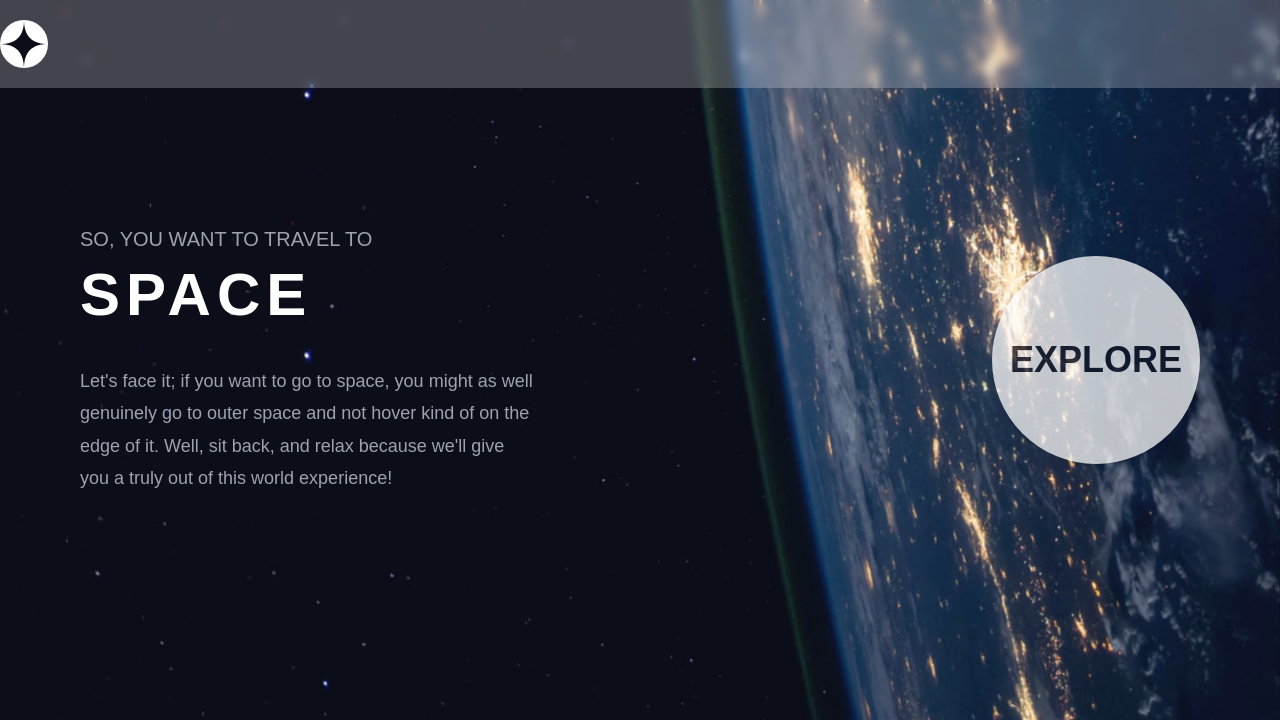
Repository: OmniaRafat232111121/Space-Toursim
Page: /
These files come from the project's save history. The page is drawn as it stood at one moment and after a run of saves; the edit follows.
The browser window is 1280 px wide. The pictures show the whole page.
Some web fonts or font styles are not loaded; a fallback is used. The project was rebuilt for these pictures with package versions that can differ from the ones it lists, and the page was loaded fresh each time. Also part of the build but not shown: src/components/Destination.js, src/components/Crew.js, src/components/Technology.js, src/components/Error.js.

Above is the page before, as saved 2022-08-09 15:07:13.

### public/index.html
<!DOCTYPE html>
<html lang="en">
  <head>
    <meta charset="utf-8" />
    <link rel="icon" href="%PUBLIC_URL%/favicon-32x32.png" />
    <meta name="viewport" content="width=device-width, initial-scale=1" />
    <meta name="theme-color" content="#111827" />
    <meta name="description" content="Space Toursim Multi Page Website" />
    <link rel="apple-touch-icon" href="%PUBLIC_URL%/logo192.png" />
    <!--
      manifest.json provides metadata used when your web app is installed on a
      user's mobile device or desktop. See https://developers.google.com/web/fundamentals/web-app-manifest/
    -->
    <link rel="manifest" href="%PUBLIC_URL%/manifest.json" />
    <!--
      Notice the use of %PUBLIC_URL% in the tags above.
      It will be replaced with the URL of the `public` folder during the build.
      Only files inside the `public` folder can be referenced from the HTML.

      Unlike "/favicon.ico" or "favicon.ico", "%PUBLIC_URL%/favicon.ico" will
      work correctly both with client-side routing and a non-root public URL.
      Learn how to configure a non-root public URL by running `npm run build`.
    -->
    <link
      rel="stylesheet"
      href="https://cdnjs.cloudflare.com/ajax/libs/tailwindcss/2.2.17/tailwind.min.css"
      referrerpolicy="no-referrer"
    />
    <link rel="preconnect" href="https://fonts.googleapis.com" />
    <link rel="preconnect" href="https://fonts.gstatic.com" crossorigin />
    <link
      href="https://fonts.googleapis.com/css2?family=Mohave:wght@400&family=Zen+Antique&display=swap"
      rel="stylesheet"
    />
    <title>Space Tourism Multi Page Website</title>
  </head>
  <body>
    <noscript>You need to enable JavaScript to run this app.</noscript>
    <div id="root"></div>
    <!--
      This HTML file is a template.
      If you open it directly in the browser, you will see an empty page.

      You can add webfonts, meta tags, or analytics to this file.
      The build step will place the bundled scripts into the <body> tag.

      To begin the development, run `npm start` or `yarn start`.
      To create a production bundle, use `npm run build` or `yarn build`.
    -->
  </body>
</html>

### src/index.css
body {
  margin: 0;
  font-family: "Mohave", sans-serif;
  -webkit-font-smoothing: antialiased;
  -moz-osx-font-smoothing: grayscale;
}

h1,
h2 {
  font-family: "Zen Antique", sans-serif;
}

a {
  text-decoration: none;
}

img {
  max-width: 100%;
}

button,
img {
  user-select: none;
}

p {
  line-height: 1.8;
}

.gray {
  color: #7e7e7e;
}

.white {
  color: #ffffff;
}

.header {
  position: absolute;
  width: 100%;
  background-color: rgba(255, 255, 255, 0.233);
  backdrop-filter: blur(5px);
  --webkit-backdrop-fiter: blur(5px);
}

.header nav {
  display: none;
}

.header nav.open {
  display: block;
}

.header nav ul {
  display: flex;
  flex-direction: column;
  align-items: center;
  justify-content: center;
  background-color: #111827;
  backdrop-filter: blur(10px);
  --webkit-backdrop-filter: blur(10px);
  width: calc(100vw - 50px);
  position: absolute;
  left: 50%;
  top: 100px;
  transform: translateX(-50%);
  z-index: 999;
}

.header nav ul li {
  margin: 10px 0;
}

.menu {
  display: block;
}

@media (min-width: 768px) {
  .menu {
    display: none;
  }

  .header nav {
    display: block;
  }

  .header nav ul {
    flex-direction: row;
    background-color: transparent;
    backdrop-filter: blur(0);
    --webkit-backdrop-filter: blur(0);
    position: relative;
    top: 0;
    right: 0;
    width: auto;
  }

  .header nav ul li {
    margin: 0 10px;
  }
}

.home {
  background: url("./starter-code/assets/home/background-home-mobile.jpg")
    no-repeat center/cover;
  height: calc(100vh - 1px);
}

.home .overlay {
  display: flex;
  flex-direction: column;
  align-items: center;
  justify-content: center;
  height: calc(100vh - 1px);
}

.destinations {
  background: url("./starter-code/assets/destination/background-destination-mobile.jpg")
    no-repeat center/cover;
  height: auto;
}

.crew {
  background: url("./starter-code/assets/crew/background-crew-mobile.jpg")
    no-repeat center/cover;
  height: auto;
}

.technology {
  background: url("./starter-code/assets/technology/background-technology-mobile.jpg")
    no-repeat center/cover;
  height: auto;
}

@media (min-width: 768px) {
  .home {
    background: url("./starter-code/assets/home/background-home-tablet.jpg")
      no-repeat center/cover;
    height: calc(100vh - 1px);
  }

  .home .overlay {
    flex-direction: row;
  }

  .destinations {
    background: url("./starter-code/assets/destination/background-destination-tablet.jpg")
      no-repeat center/cover;
  }

  .crew {
    background: url("./starter-code/assets/crew/background-crew-tablet.jpg")
      no-repeat center/cover;
  }

  .technology {
    background: url("./starter-code/assets/technology/background-technology-tablet.jpg")
      no-repeat center/cover;
  }

  @media (min-width: 1280px) {
    p {
      font-size: 18px;
    }

    .home {
      background: url("./starter-code/assets/home/background-home-desktop.jpg")
        no-repeat center/cover;
      height: 100vh;
    }

    .home .overlay {
      max-width: 1200px;
      margin: auto;
    }

    .destinations {
      background: url("./starter-code/assets/destination/background-destination-desktop.jpg")
        no-repeat center/cover;
    }

    .crew {
      background: url("./starter-code/assets/crew/background-crew-desktop.jpg")
        no-repeat center/cover;
    }

    .technology {
      background: url("./starter-code/assets/technology/background-technology-desktop.jpg")
        no-repeat center/cover;
    }
  }
}

### src/App.js
import { BrowserRouter as Router, Route, Switch } from "react-router-dom"
import {
  Header,
  Home,
  Destination,
  Crew,
  Technology,
  Error,
} from "./components"

function App() {
  return (
    <Router>
      <main>
        <Header />

        <Switch>
          <Route path="/" exact>
            <Home />
          </Route>
          <Route path="/destination">
            <Destination />
          </Route>
          <Route path="/crew">
            <Crew />
          </Route>
          <Route path="/technology">
            <Technology />
          </Route>
          <Route path="*">
            <Error />
          </Route>
        </Switch>
      </main>
    </Router>
  )
}

export default App

### src/components/index.js
import Header from "./Header"
import Home from "./Home"
import Destination from "./Destination"
import Crew from "./Crew"
import Technology from "./Technology"
import Error from "./Error"

export { Header, Home, Destination, Crew, Technology, Error }

### src/components/Header.js
import React from 'react'
import { NavLink } from "react-router-dom"
import logo from "../starter-code/assets/shared/logo.svg"
const Header = () => {
  return (
    <>
    <header className="header d-flex align-items-center justify-betwen">
    <div className="py-5">
    <NavLink to="/">
    <img src={logo} alt="space"/>

    </NavLink>
    </div>
    </header>
    </>
  )
}

export default Header

### src/components/Home.js
export default function Home() {
  return (
    <>
      <section className="home">
        <div className="overlay p-10">
          <article className="text-center md:text-left">
            <h1 className="text-gray-400 text-xl uppercase">
              So, you want to travel to{" "}
              <span className="block font-semibold tracking-widest text-4xl text-white md:text-5xl lg:text-6xl 2xl:text-7xl mb-10 mt-3">
                space
              </span>
            </h1>
            <p className="text-gray-400 md:w-11/12 lg:w-1/2">
              Let's face it; if you want to go to space, you might as well
              genuinely go to outer space and not hover kind of on the edge of
              it. Well, sit back, and relax because we'll give you a truly out
              of this world experience!
            </p>
          </article>
          <article>
            <button className="bg-white text-gray-900 font-bold uppercase text-2xl w-40 h-40 rounded-full shadow xl:h-52 xl:w-52 xl:text-4xl animate-pulse mt-10 md:mt-0">
              Explore
            </button>
          </article>
        </div>
      </section>
    </>
  )
}

Loaded but not shown: src/index.js (common file); src/reportWebVitals.js (common file)

After the next 4 saves:
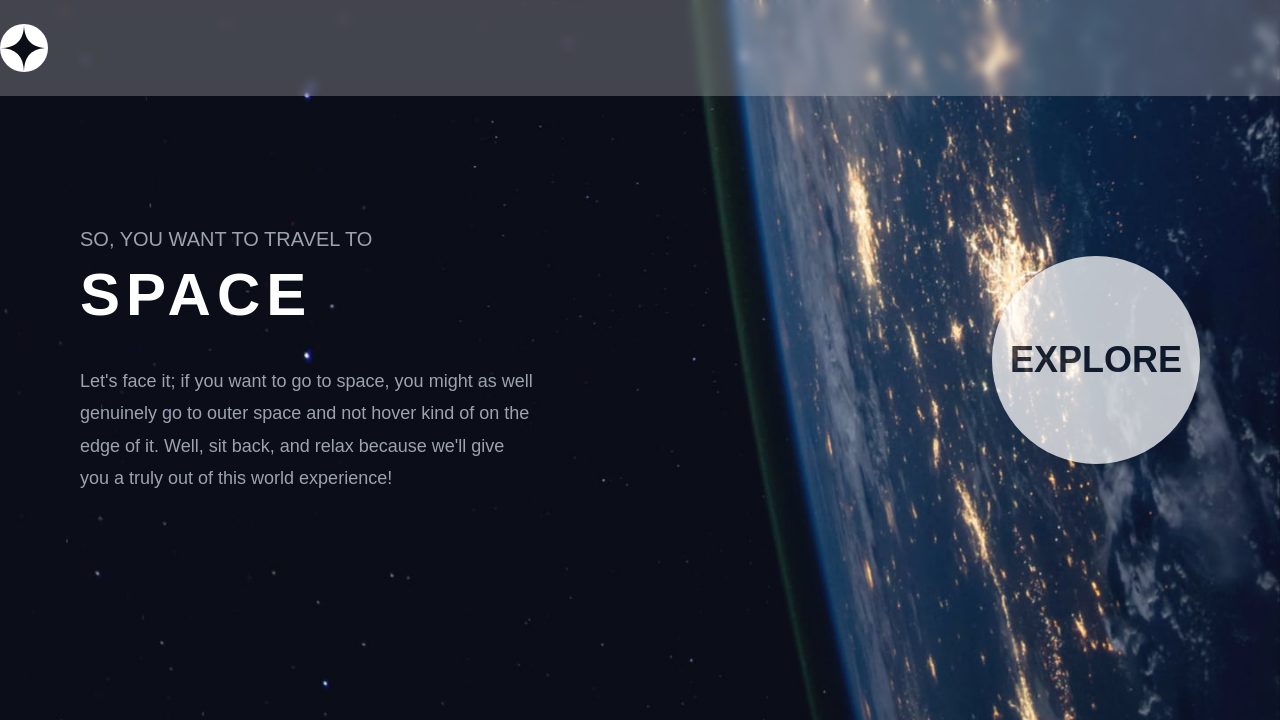
The 4 saves are shown as one change because they came seconds apart.
The last was saved 24 s later.
--- a/src/components/Header.js
+++ b/src/components/Header.js
@@ -5,7 +5,7 @@ const Header = () => {
   return (
     <>
     <header className="header d-flex align-items-center justify-betwen">
-    <div className="py-5">
+    <div className="py-6">
     <NavLink to="/">
     <img src={logo} alt="space"/>
 
